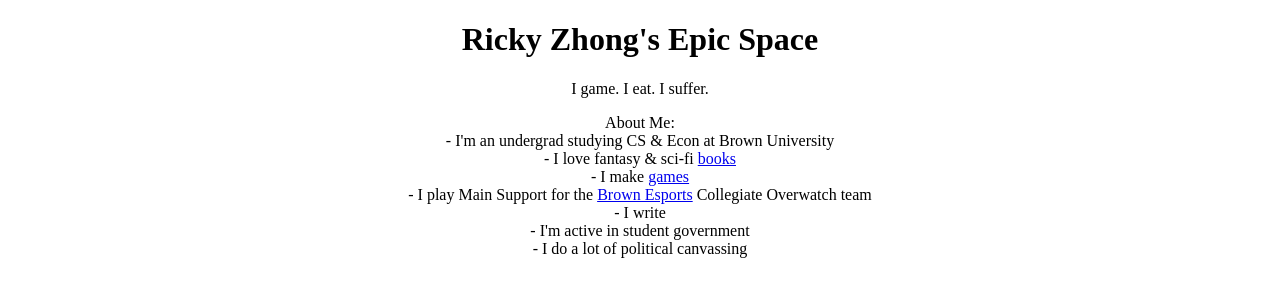
Repository: rickydaricky/rickydaricky.github.io
Page: index.html
These files come from the project's save history. The page is drawn as it stood at one moment and after the next save; the edit follows.
The browser window is 1280 px wide. The pictures show the whole page.

Above is the page before, as saved 2021-11-26 01:16:23.

### index.html
<!DOCTYPE html>
<html>
  <body>
    <h1 style="text-align: center;">Ricky Zhong's Epic Space</h1>
    <p style="text-align: center;">I game. I eat. I suffer.</p>
    <p style="text-align: center;">
      About Me:
      <br />
      - I'm an undergrad studying CS & Econ at Brown University
      <br />
      - I love fantasy & sci-fi <a href="https://goodreads.com/rickydaricky">books</a>
      <br />
      - I make <a href="https://rickydaricky.itch.io/">games</a>
      <br />
      - I play Main Support for the <a href="https://brownesports.org/">Brown Esports</a> Collegiate Overwatch team
      <br />
      - I write
      <br />
      - I'm active in student government
      <br />
      - I do a lot of political canvassing

    </p>
  </body>
</html>

After the next save:
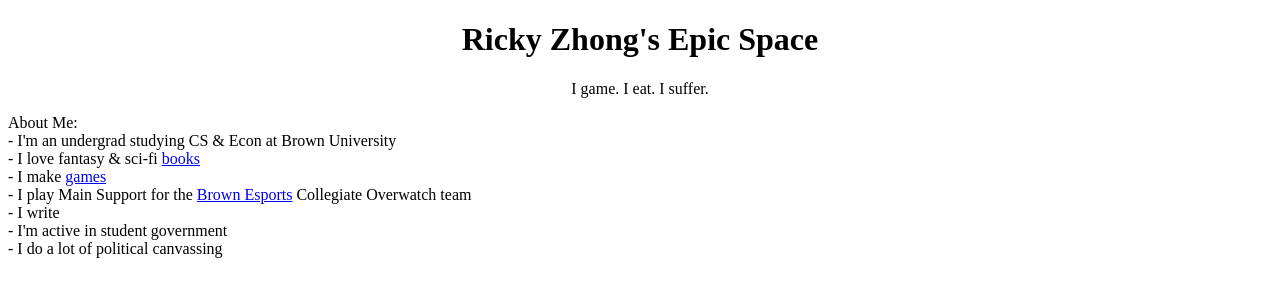
Saved 45 s later.
--- a/index.html
+++ b/index.html
@@ -3,7 +3,7 @@
   <body>
     <h1 style="text-align: center;">Ricky Zhong's Epic Space</h1>
     <p style="text-align: center;">I game. I eat. I suffer.</p>
-    <p style="text-align: center;">
+    <p style="text-align: left;">
       About Me:
       <br />
       - I'm an undergrad studying CS & Econ at Brown University

After the save that followed:
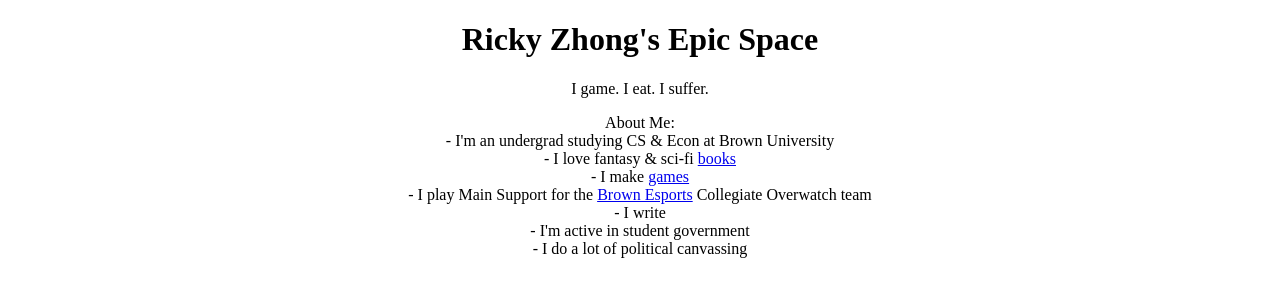
Saved 4 s later.
--- a/index.html
+++ b/index.html
@@ -3,7 +3,7 @@
   <body>
     <h1 style="text-align: center;">Ricky Zhong's Epic Space</h1>
     <p style="text-align: center;">I game. I eat. I suffer.</p>
-    <p style="text-align: left;">
+    <p style="text-align: center;">
       About Me:
       <br />
       - I'm an undergrad studying CS & Econ at Brown University
